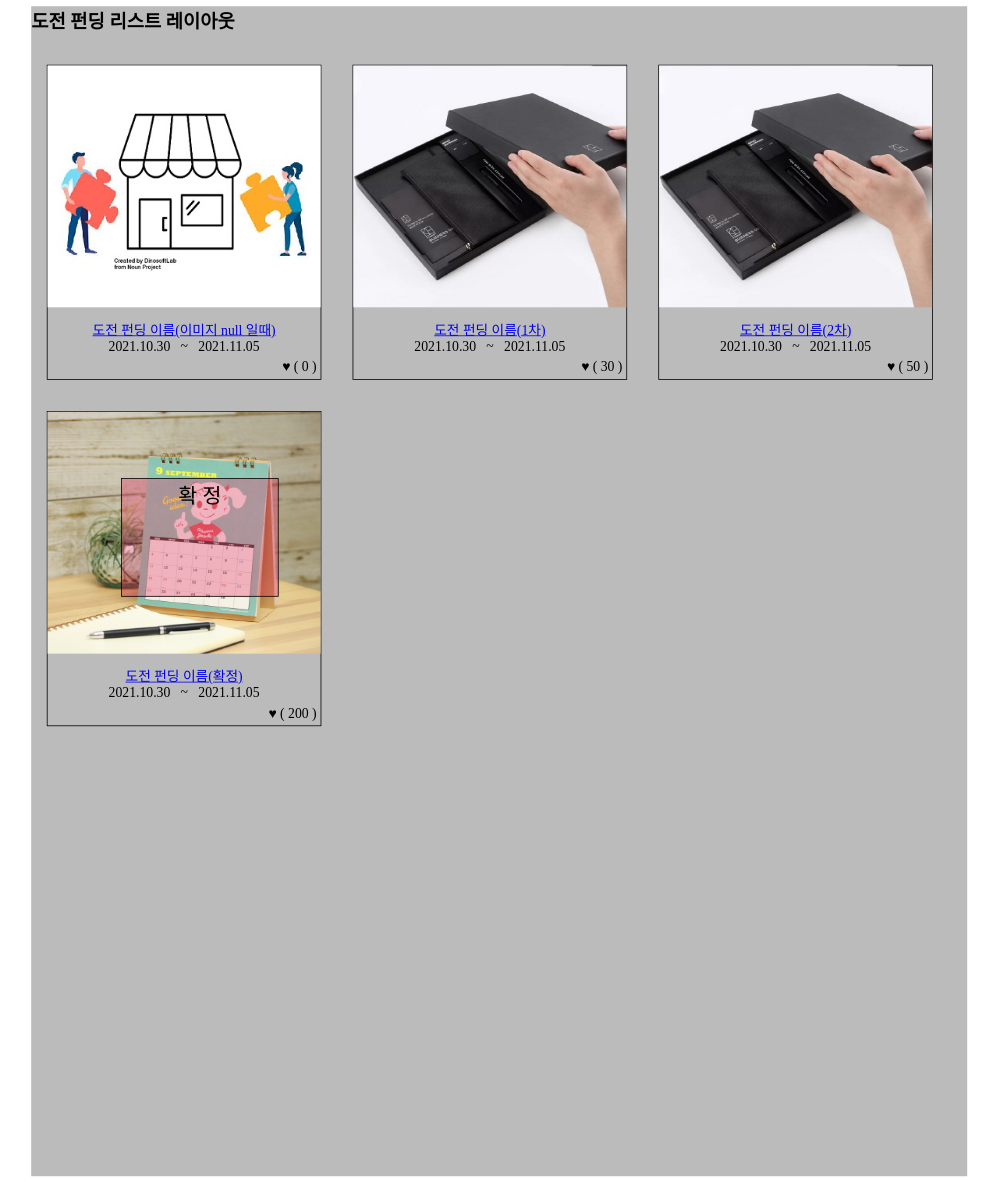
Repository: GroundPark/team6
Page: http://localhost/lefthand/page/product/chal_funding_list.jsp
The author's editor kept a copy of each file at every save. The page is drawn from the files as they stood at one save, then again after the next save.
The browser window is 1280 px wide. The pictures show the whole page, at 78% of full size.
The page is served by Tomcat 9.

Above is the page before, as saved 2021-11-20 17:55:48.

After the next save:
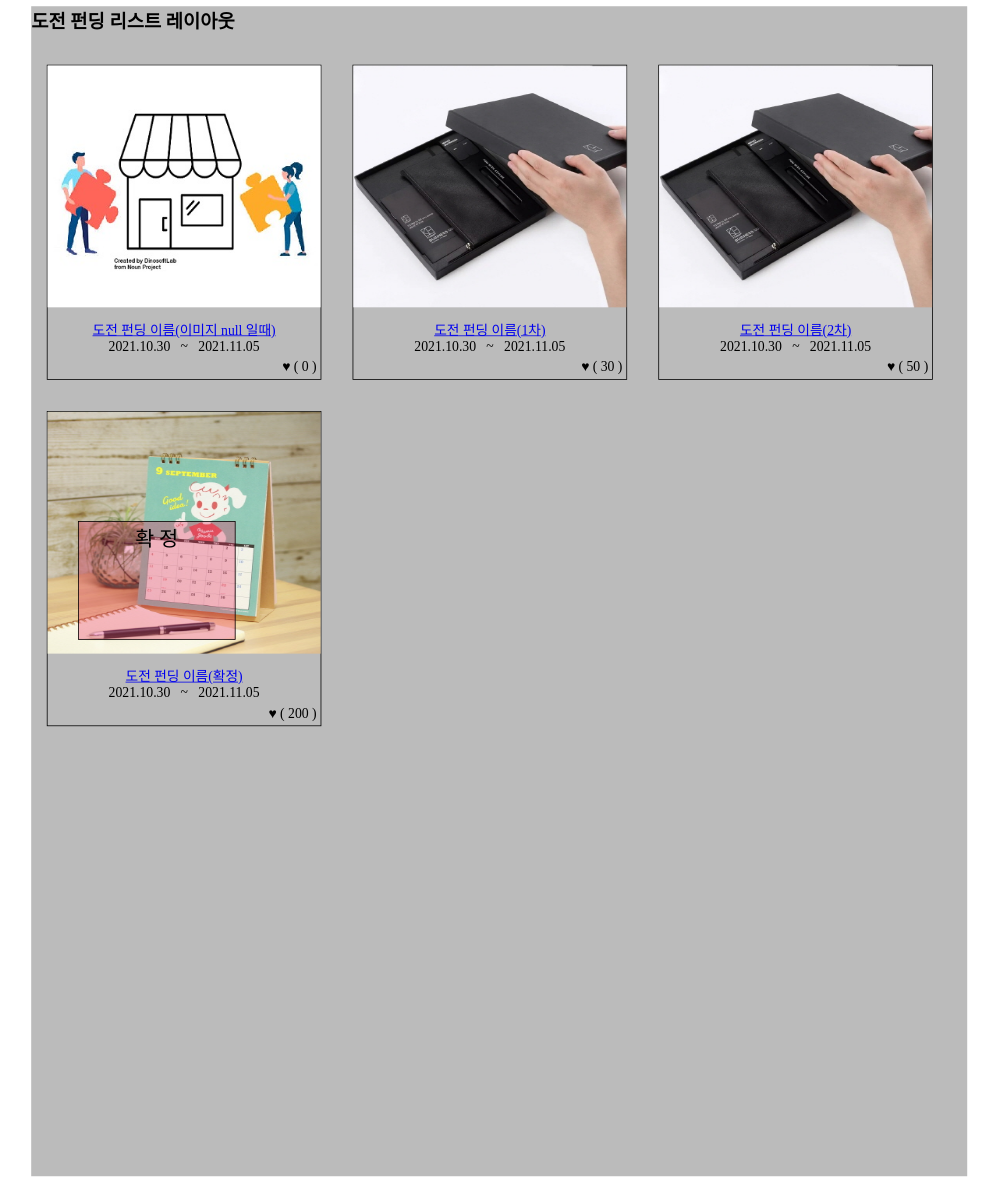
Saved 14 s later.
--- a/lefthand/WebContent/page/product/chal_funding_list.jsp
+++ b/lefthand/WebContent/page/product/chal_funding_list.jsp
@@ -17,8 +17,8 @@
 
 .chal_ok {
 	position:absolute;
-	top:40%; left:50%;
-	transform:translate(-40%, -50%);
+	top:50%; left:40%;
+	transform:translate(-50%, -40%);
 	width:200px; height:150px; background-color:rgba(233, 30, 90, 0.3);
 	z-index: 1;
 
